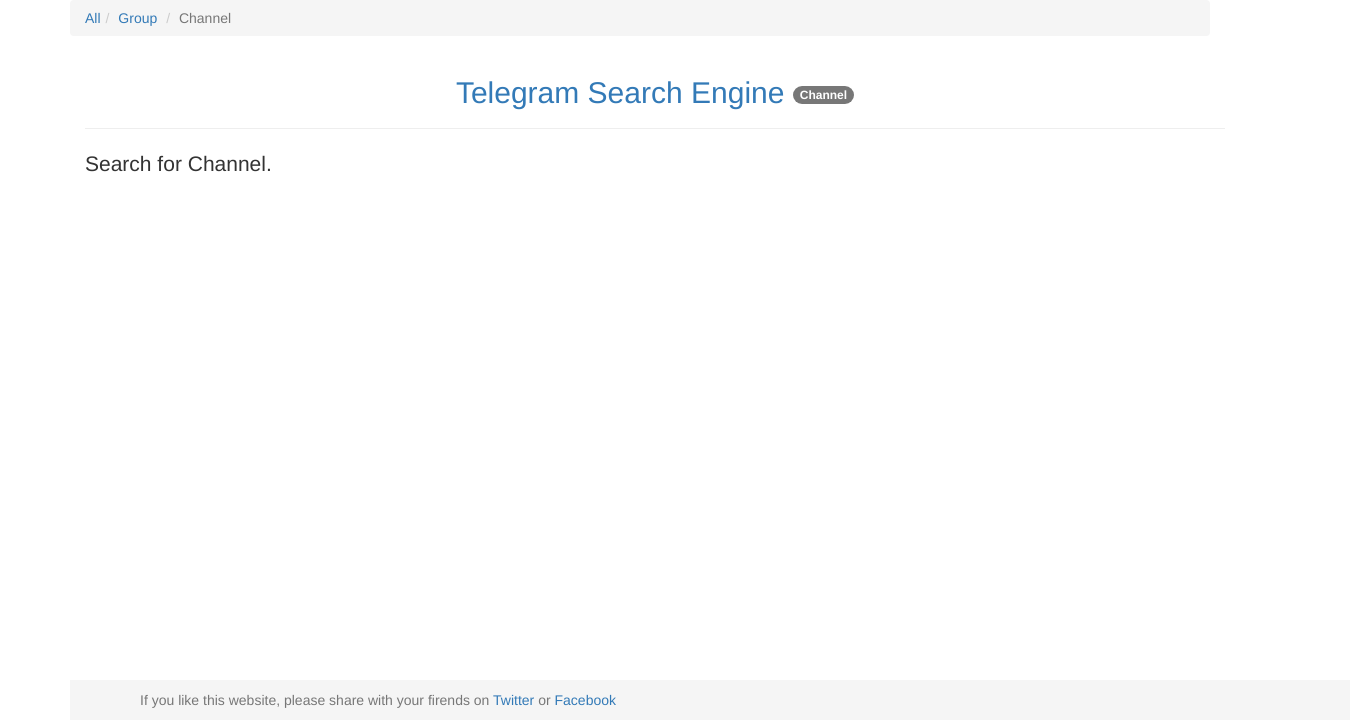
Repository: xtea/xtea.github.io
Page: ts_en_channel.html
An editor plug-in stored every save of this project. The page is shown before and after the next save, followed by the edit.
The browser window is 1280 px wide. The page is 1350 px wide, so the pictures cover 1350 px, including what lies to the right of the window. The pictures show the whole page.

Above is the page before, as saved 2024-12-16 23:10:38.

After the next save:
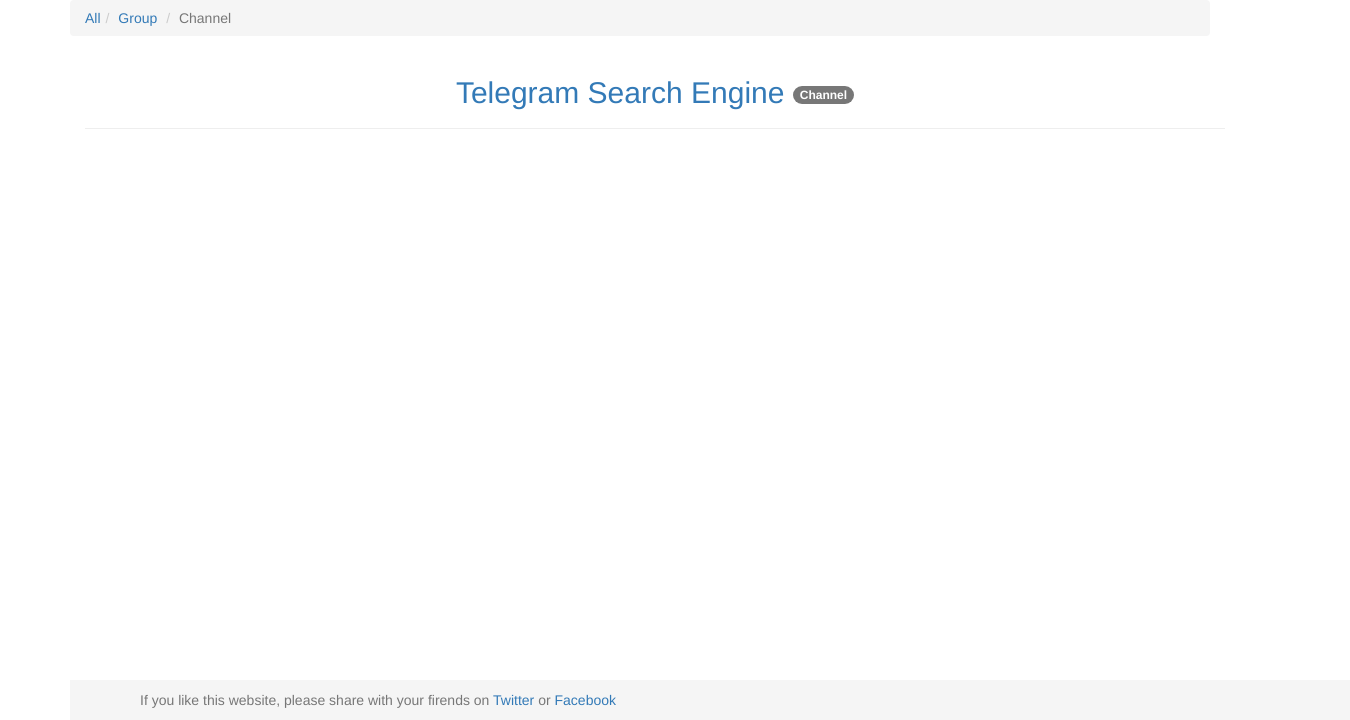
Saved 10 s later.
--- a/ts_en_channel.html
+++ b/ts_en_channel.html
@@ -108,9 +108,6 @@
           <span class="badge badge-info" title="Channel Only.">Channel</span>
         </h2>
       </div>
-      <p class="lead">
-        Search for Channel.
-      </p>
 
     <!-- 电报搜索_EN xtea-->
 <!--     <ins class="adsbygoogle"
